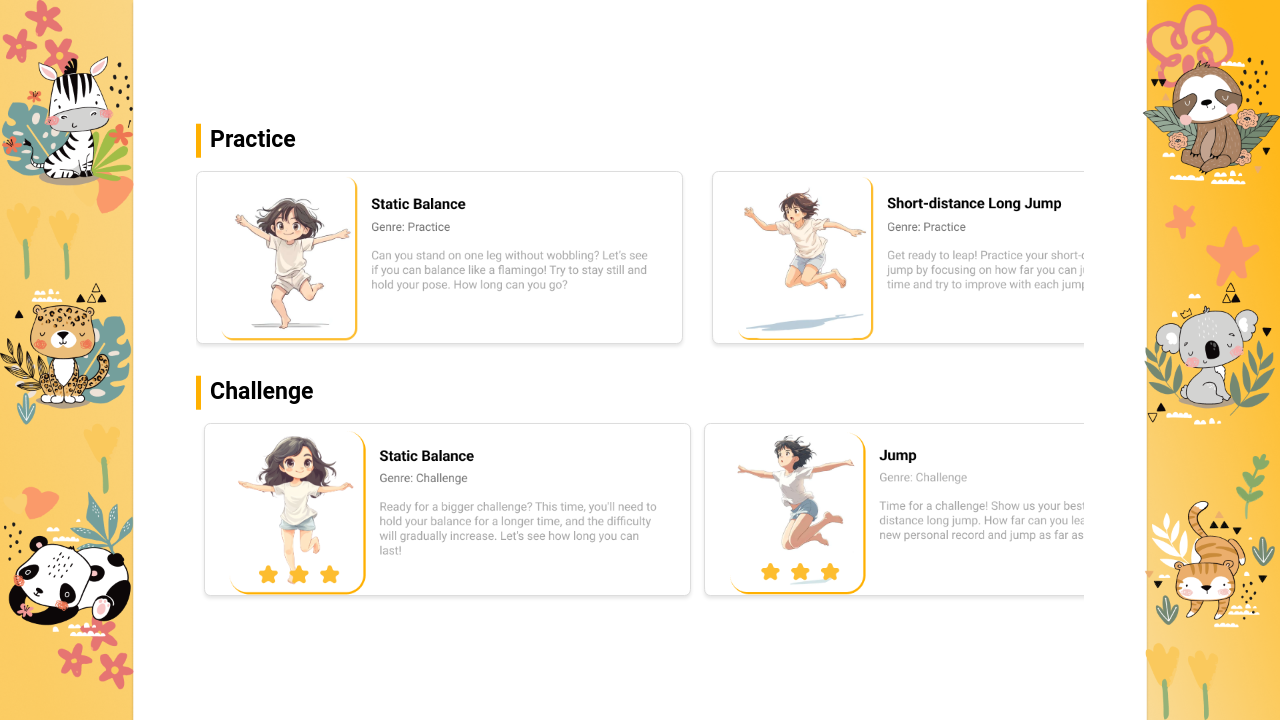
Repository: Jayhawk2000/AR_Game_DCD_Children
Page: homepage.html
The author's editor kept a copy of each file at every save. The page is drawn from the files as they stood at one save, then again after the next save.
The browser window is 1280 px wide. The pictures show the whole page.

Above is the page before, as saved 2024-10-16 13:09:25.

After the next save:
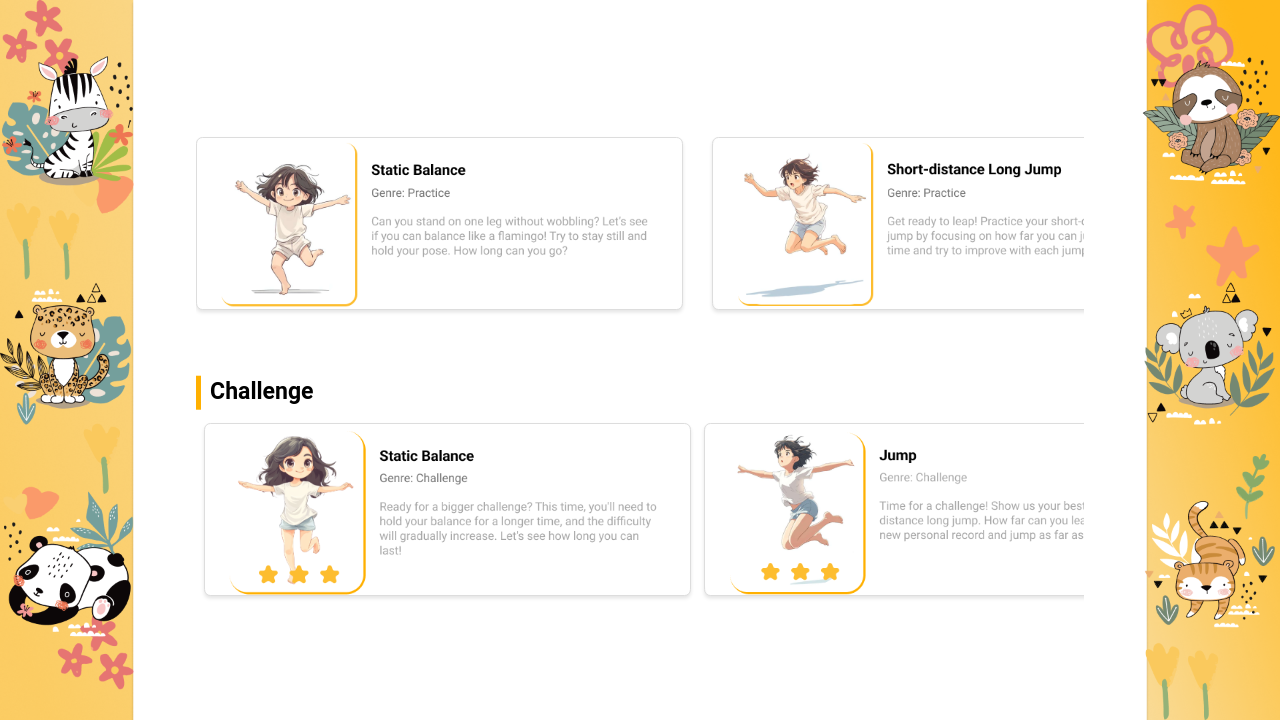
Saved 6 s later.
--- a/homepage.html
+++ b/homepage.html
@@ -110,7 +110,7 @@
     <div class="content">
         <div class="section">
             <br><br><br>
-            <div class="title"><b>Practice</b></div>
+            <div class="title text-2xl font-bold text-gray-800 mb-4 relative pl-6 before:content-[''] before:absolute before:left-0 before:top-1/2 before:-translate-y-1/2 before:h-full before:w-1 before:bg-yellow-400"></div>
             <div class="card-slider overflow-x-auto scrollbar-hide snap-x snap-mandatory flex space-x-4 p-4">
                 <a href="prac_bal.html" class="card flex-none w-96 h-64 bg-cover bg-center rounded-lg shadow-md hover:shadow-xl transition-shadow duration-300 transform hover:scale-105" style="background-image: url('img/balance_practice.png');"></a>
                 <a href="prac_jump.html" class="card flex-none w-96 h-64 bg-cover bg-center rounded-lg shadow-md hover:shadow-xl transition-shadow duration-300 transform hover:scale-105" style="background-image: url('img/jump_practice.png');"></a>
